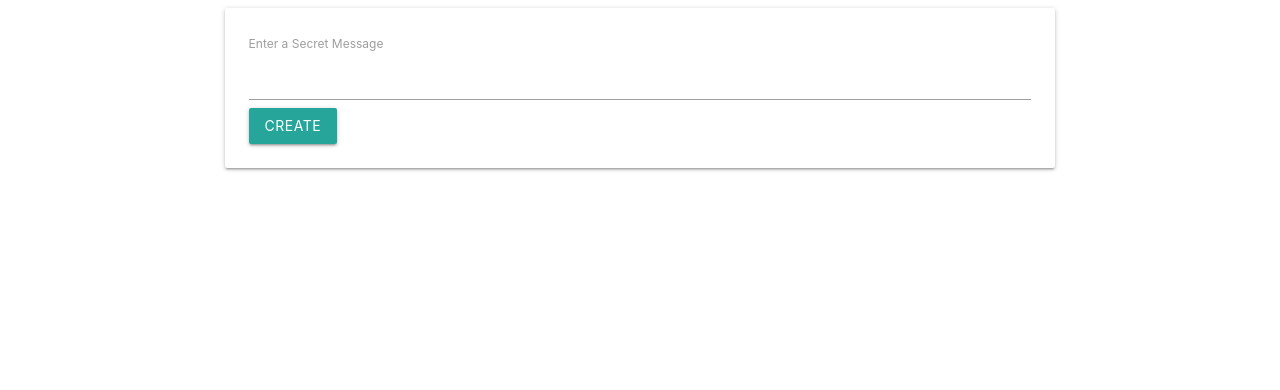
Repository: zhapar/JS-Bootcamp
Page: 4. Secret message/index.html
An editor plug-in stored every save of this project. The page is shown before and after the next save, followed by the edit.
The browser window is 1280 px wide. The pictures show the whole page.

Above is the page before, as saved 2020-07-21 16:50:48.

### 4. Secret message/index.html
<!DOCTYPE html>
<html lang="en">
  <head>
    <meta charset="UTF-8" />
    <meta name="viewport" content="width=device-width, initial-scale=1.0" />

    <!-- Compiled and minified CSS -->
    <link
      rel="stylesheet"
      href="https://cdnjs.cloudflare.com/ajax/libs/materialize/1.0.0/css/materialize.min.css"
    />

    <title>Secret Message</title>
  </head>

  <body>
    <div class="row">
      <div class="col s8 offset-s2">
        <div id="message-form" class="card-panel">
          <form>
            <label for="message">Enter a Secret Message</label>
            <input type="text" id="message-input" />
            <button class="btn">Create</button>
          </form>
        </div>

        <div id="link-form" class="card-panel hide">
          <div>
            Share this link with friend
            <input type="text" id="link-input" />
          </div>
        </div>
      </div>
    </div>

    <script src="app.js"></script>
  </body>
</html>

### 4. Secret message/app.js
document.querySelector("form").addEventListener("submit", (e) => {
  e.preventDefault();

  const input = document.querySelector("#message-input");

  const encrypted = btoa(input.value);

  const linkInput = document.querySelector("#link-input");
  linkInput.value = `${window.location}#${encrypted}`;
  linkInput.select();
});

After the next save:
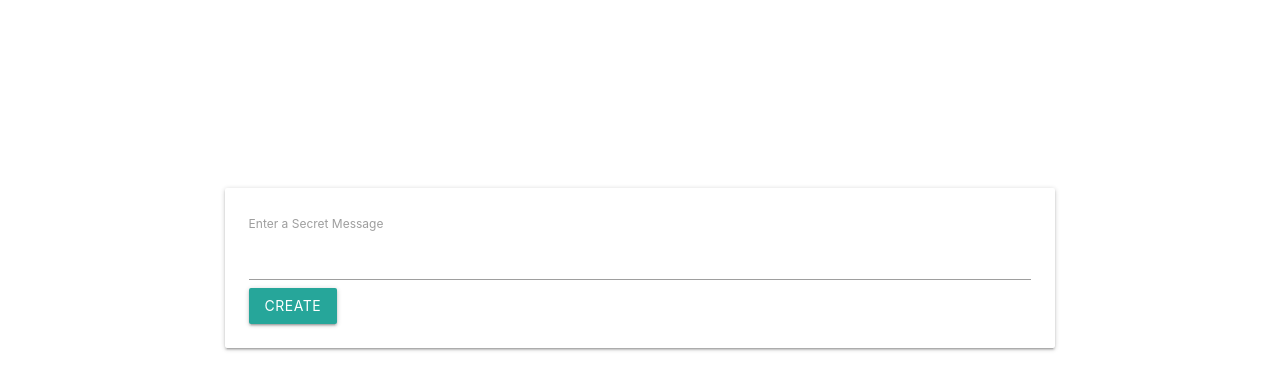
Saved 19 s later.
--- a/4. Secret message/index.html
+++ b/4. Secret message/index.html
@@ -10,6 +10,11 @@
       href="https://cdnjs.cloudflare.com/ajax/libs/materialize/1.0.0/css/materialize.min.css"
     />
 
+    <style>
+      .row {
+        margin-top: 25vh;
+      }
+    </style>
     <title>Secret Message</title>
   </head>
 
